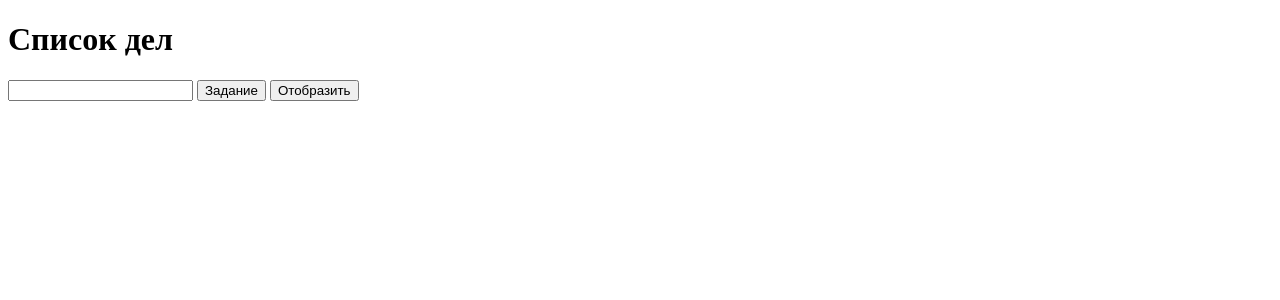
Repository: andbaik/it_unit9
Page: index.html
The author's editor kept a copy of each file at every save. The page is drawn from the files as they stood at one save, then again after the next save.
The browser window is 1280 px wide. The pictures show the whole page.

Above is the page before, as saved 2021-04-06 21:36:31.

### index.html
<!DOCTYPE html>
<html lang="ru">
<head>
    <meta charset="UTF-8">
    <meta http-equiv="X-UA-Compatible" content="IE=edge">
    <meta name="viewport" content="width=device-width, initial-scale=1.0">
    <title>Список дел</title>
    <link rel="stylesheet" href="">
</head>
<body>

    <head>
        <h1>Список дел</h1>
    </head>
    <section>
        <input type="text" name="task" id="task">
        <button class="add-task btn">Задание</button>
        <button class="show-task btn">Отобразить</button>
        <div class="result"></div>
    </section>
</body>
</html>

### css/style.css
@import url('https://fonts.googleapis.com/css2?family=Montserrat:wght@400;700&display=swap');

* {
    margin: 0;
    padding: 0;
    font-family: 'Montserrat', sans-serif;
    background-color: FAF9FA;
}

After the next save:
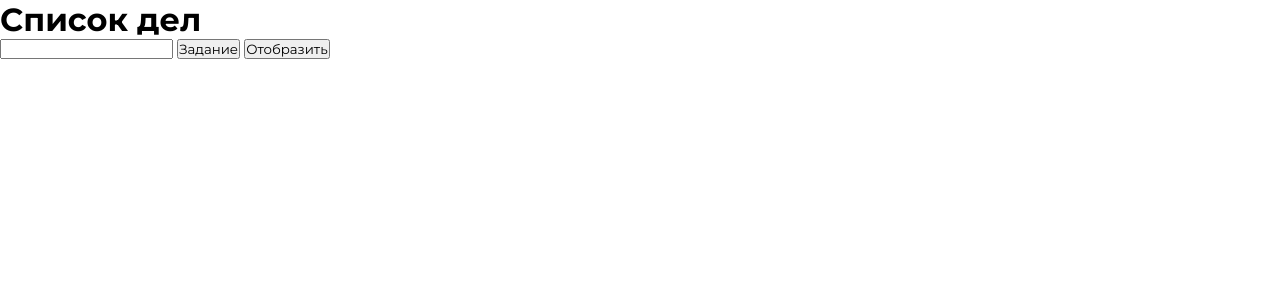
Saved 9 s later.
--- a/index.html
+++ b/index.html
@@ -5,7 +5,7 @@
     <meta http-equiv="X-UA-Compatible" content="IE=edge">
     <meta name="viewport" content="width=device-width, initial-scale=1.0">
     <title>Список дел</title>
-    <link rel="stylesheet" href="">
+    <link rel="stylesheet" href="/css/style.css">
 </head>
 <body>
 
